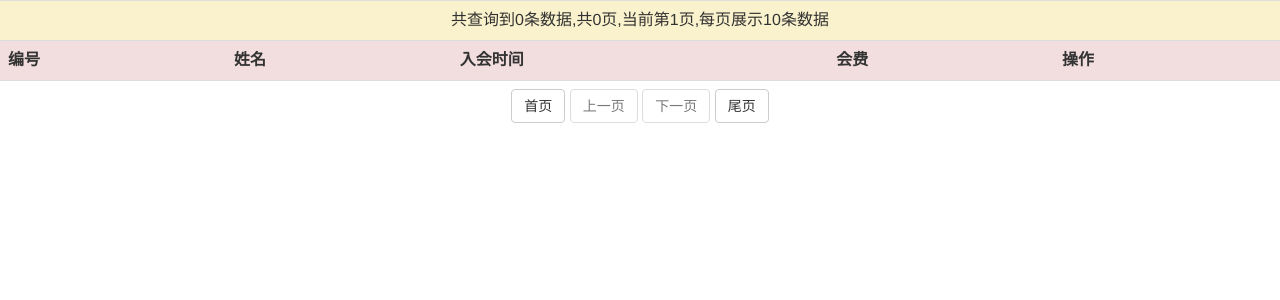
Repository: HelloChuang/HelloChuang-EclipseWorkSpace
Page: http://localhost/RetestServlet2/FindUserByPageList?pageIndex=1
An editor plug-in stored every save of this project. The page is shown before and after the next save, followed by the edit.
The browser window is 1280 px wide. The pictures show the whole page.
The page is served by Tomcat 9. Queries for data that is not in the repository find no rows.

Above is the page before, as saved 2018-10-31 03:47:52.

After the next save:
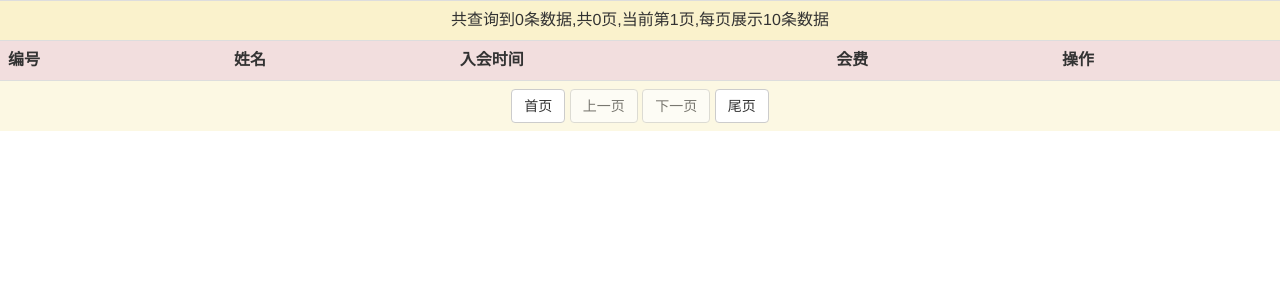
Saved 12 s later.
--- a/EclipseWorkSpace/RetestServlet2/WebContent/showList.jsp
+++ b/EclipseWorkSpace/RetestServlet2/WebContent/showList.jsp
@@ -40,7 +40,7 @@
 		</td>
 		</tr>
 		</c:forEach>
-		<tr><td colspan="5" align="center">
+		<tr class="warning"><td colspan="5" align="center">
 		<a class="btn btn-default" role="button" href="FindUserByPageList?pageIndex=1">首页</a>
 		<c:choose>
 			<c:when test="${pageIndex==1}">
